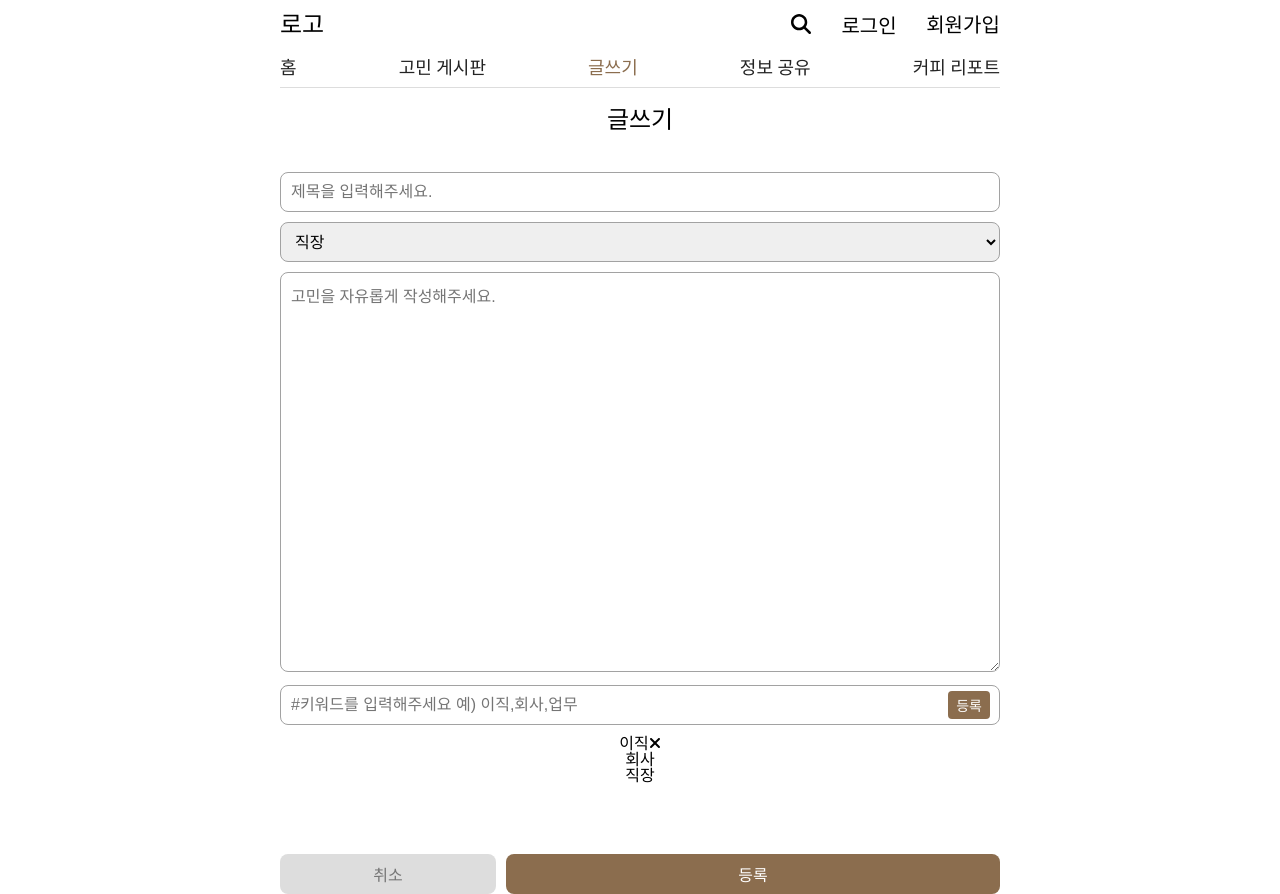
Repository: zlazlazla35/coffee
Page: /writing
The author's editor kept a copy of each file at every save. The page is drawn from the files as they stood at one save, then again after the next save.
The browser window is 1280 px wide. The pictures show the whole page.
The page's requests for data from a server got no answer. Some web fonts or font styles are not loaded; a fallback is used. The project was rebuilt for these pictures with package versions that can differ from the ones it lists, and the page was loaded fresh each time. The framework's server and built-in components were replaced by stand-ins that run in the browser. No one was signed in, and anything a server would have sent is missing. Also part of the build but not shown: next.config.mjs, src/app/LogOutButton.js.

Above is the page before, as saved 2025-01-08 17:22:19.

### src/app/layout.js
import { Geist, Geist_Mono } from "next/font/google";
import "./globals.css";
import Link from "next/link";
import { FontAwesomeIcon } from '@fortawesome/react-fontawesome'
import { faMagnifyingGlass, faUser } from '@fortawesome/free-solid-svg-icons'
import NavMenu from "./component/NavMenu";
import LoginButton from "./LoginButton";
import { getServerSession } from "next-auth";
import { authOptions } from "../../pages/api/auth/[...nextauth]";
import LogOutButton from "./LogOutButton";

const geistSans = Geist({
  variable: "--font-geist-sans",
  subsets: ["latin"],
});

const geistMono = Geist_Mono({
  variable: "--font-geist-mono",
  subsets: ["latin"],
});

export const metadata = {
  title: "Create Next App",
  description: "Generated by create next app",
};




export default async function RootLayout({ children }) {


const loginData = await getServerSession(authOptions);




  return (
    <html lang="en">
      <body className={`${geistSans.variable} ${geistMono.variable}`}>
        <div className="nav_bar">
          <div className="nav_bar_top">
            <Link className="logo" href={'/'}>로고</Link>
            <div className="userBox">
              <button>
                <FontAwesomeIcon icon={faMagnifyingGlass} />
              </button>
                {
                  loginData == null ? <LoginButton/> : <LogOutButton/>
                }
                {
                  loginData == null ? <Link href={'/join'}>회원가입</Link> : null
                }
            </div>
          </div>
          <div className="nav_bar_bottom">
            <NavMenu></NavMenu>
          </div>
        </div>
        {children}
      </body>
    </html>
  );
}

### src/app/writing/page.js
'use client'

import { useState } from "react"
import { FontAwesomeIcon } from '@fortawesome/react-fontawesome'
import { faXmark } from '@fortawesome/free-solid-svg-icons'


export default function Writing() {
    const option = [
        { value: 0, label: '직장' },
        { value: 1, label: '연애' },
        { value: 2, label: '취업/진로' },
        { value: 3, label: '가족' },
        { value: 4, label: '결혼/육아' },
        { value: 5, label: '친구' },
        { value: 6, label: '학업/고시' },
        { value: 7, label: '중독' },
        { value: 8, label: '사업/금전' },
        { value: 9, label: '질병/질환' }
    ]


    let [title, setTitle] = useState('');
    let [content, setContent] = useState('');
    let [time, setTime] = useState('');
    let [category, setCategory] = useState('');
    let [keyword, setKeyword] = useState('');
    let [keyword2, setKeyword2] = useState('');


    //현재 날짜
    const today = new Date();
    const formattedDate = `${today.getFullYear()}-${today.getMonth() + 1}-${today.getDate()}`;

    //현재시간 가져오기
    const currentTimer = () => {
        const hours = String(today.getHours()).padStart(2, "0");
        const minutes = String(today.getMinutes()).padStart(2, "0");
        setTime(`${hours}:${minutes}  `)
    }
    const startTimer = () => {
        setInterval(currentTimer, 1000)
    }
    startTimer()


    //카테고리 셀렉값 가져오기
    const handleSelect = (e) => {
        setCategory(e.target.value);
    };


    //키워드 반점 포함되어있는지 검사 후 배열로 변환
    const keyWordHandler = (keyword) => {
        const keyWord_regex = /,/;
        if (keyWord_regex.test(keyword)) {
            const str = keyword;
            const noSpaces = str.replace(/\s/g, '');
            const arr = noSpaces.split(",");
            setKeyword2(arr)
        } else {
            alert('예시에 맞게 작성해주세요.')
        }
    }





    return (
        <div className="writing">
            <h2 className="title">글쓰기</h2>
            <input type="text" name="name" placeholder="제목을 입력해주세요." onChange={(e) => {
                setTitle(e.target.value);
            }} />
            <select onChange={handleSelect} value={category}>
                {
                    option.map((data, i) => {
                        return (
                            <option key={i} value={data.label}>{data.label}</option>
                        )
                    })
                }
            </select>
            <textarea placeholder="고민을 자유롭게 작성해주세요." onChange={(e) => {
                setContent(e.target.value);
            }} />
            <div className="keyWord_box">
                <input type="text" placeholder="#키워드를 입력해주세요 예) 이직,회사,업무" onChange={(e) => { setKeyword(e.target.value) }} />
                <button className="keyWord_btn" type="submit" onClick={() => {
                    keyWordHandler(keyword);
                }}>등록</button>
            </div>
            <ul className="keyWord_tag">
                <li>
                    이직
                    <FontAwesomeIcon icon={faXmark} />
                </li>
                <li>회사</li>
                <li>직장</li>
            </ul>
            <div className="bottom_butBox">
                <button className="back">취소</button>
                <button className="complete" type="submit" onClick={() => {
                    fetch('/api/auth/writing', {
                        method: 'POST',
                        body: JSON.stringify({
                            title: title,
                            content: content,
                            date: formattedDate,
                            time: time,
                            keyword: keyword2,
                            category: category
                        })
                    }).then((res) => {
                        return res.jon()
                    }).then((result) => {
                        alert(result)
                    })
                }}>등록</button>
            </div>
        </div>
    )
}

### src/app/globals.css
@font-face {
    font-family: 'Ownglyph_StudyHard-Rg';
    src: url('https://fastly.jsdelivr.net/gh/projectnoonnu/2411-3@1.0/Ownglyph_StudyHard-Rg.woff2') format('woff2');
    font-weight: normal;
    font-style: normal;
}
@import url(https://cdn.jsdelivr.net/gh/moonspam/NanumSquare@1.0/nanumsquare.css);
/* /styles/reset.css */
body {font-family: 'Ownglyph_StudyHard-Rg' !important;}
html, body, div, span, applet, object, iframe,
h1, h2, h3, h4, h5, h6, p, blockquote, pre,
a, abbr, acronym, address, big, cite, code,
del, dfn, em, img, ins, kbd, q, s, samp,
small, strike, strong, sub, sup, tt, var,
b, u, i, center,
dl, dt, dd, ol, ul, li,
fieldset, form, label, legend,
table, caption, tbody, tfoot, thead, tr, th, td,
article, aside, canvas, details, embed,
figure, figcaption, footer, header, hgroup,
menu, nav, output, ruby, section, summary,
time, mark, audio, video {
	margin: 0;
	padding: 0;
	border: 0;
	font-size: 100%;
	font: inherit;
	vertical-align: baseline;
}
/* HTML5 display-role reset for older browsers */
article, aside, details, figcaption, figure,
footer, header, hgroup, menu, nav, section {
	display: block;
}
body {
	line-height: 1;
}
ol, ul {
	list-style: none;
}
blockquote, q {
	quotes: none;
}
blockquote:before, blockquote:after,
q:before, q:after {
	content: '';
	content: none;
}
table {
	border-collapse: collapse;
	border-spacing: 0;
}
input:focus {outline: none;}
a {text-decoration: none; color: inherit;}

input {font-family: 'NanumSquare', sans-serif !important;}
textarea {font-family: 'NanumSquare', sans-serif !important;}
select {font-family: 'NanumSquare', sans-serif !important; outline: none !important;}

.nav_bar {width: 100%; max-width: 720px; margin: 0 auto;}
.nav_bar .nav_bar_top {width: 100%; display: flex; align-items: center; justify-content: space-between; box-sizing: border-box; padding: 10px 0; }
.nav_bar .nav_bar_top .logo {font-size: 24px; }
.nav_bar .nav_bar_top .userBox {display: flex; align-items: center; width: 50%; justify-content: flex-end;}
.nav_bar .nav_bar_top .userBox a {width: 100%;  max-width: 74px; font-size: 20px; text-align: center;}
.nav_bar .nav_bar_top .userBox .userLogin{font-size: 18px; margin-right: 10px;}
.nav_bar .nav_bar_top .userBox button {width: 100%; max-width: 22px; display: block; background: none; border: none; padding: 0;}
.nav_bar .nav_bar_top .userBox button {margin-right: 20px;}
.nav_bar .nav_bar_top .userBox button svg {font-size: 20px;}
.nav_bar .nav_bar_top .userBox button:last-child {margin-right: 0;}
.nav_bar .nav_bar_top .userBox button.loginBtn {width: 100%;  max-width: 74px; font-size: 20px; font-family: 'Ownglyph_StudyHard-Rg' !important;}
.nav_bar .nav_bar_bottom {width: 100%; }
.nav_bar .nav_bar_bottom .nav_list {display: flex; align-items: center; justify-content: space-between; box-sizing: border-box; padding: 10px 0; border-bottom: 1px solid #ddd;}
.nav_bar .nav_bar_bottom .nav_list li { font-size: 18px; color: #232323; }
.nav_bar .nav_bar_bottom .nav_list li a.active {color: #8b6d4e; }


.liset_page {width: 100%; max-width: 720px; margin: 0 auto;}
.liset_page .top_border {width: 100%; max-width: 650px; border: 2px solid #8b6d4e; border-radius: 12px; display: flex; align-items: center; justify-content: center; font-size: 16px; box-sizing: border-box; padding: 4px; margin: 20px auto 30px;}
.liset_page .tag {width: 100%;}
.liset_page .tag .tag_list {width: 100%; display: flex; align-items: center; white-space: nowrap; overflow-x: scroll;}
.liset_page .tag .tag_list::-webkit-scrollbar {height: 8px;}
.liset_page .tag .tag_list::-webkit-scrollbar-thumb {background: #a89f96; border-radius: 10px; }
.liset_page .tag .tag_list::-webkit-scrollbar-track {background: rgba(123, 87, 8, 0.1); }
.liset_page .tag .tag_list li {background: #ddd; font-size: 16px; box-sizing: border-box; padding: 4px 8px; border-radius: 12px; margin-right: 10px; cursor: pointer;}
.liset_page .tag .tag_list li:last-child {margin-right: 0;}
.liset_page .tag .tag_list li.on {background: #8b6d4e; color: #fff;}
.liset_page .filterBox {width: 100%; display: flex; align-items: center; justify-content: space-between;}
.liset_page .filterBox .filterSelectBox {display: flex; position: relative; border: 1px solid #8f8f8f; border-radius: 10px; width: 100%; max-width: 69px; height: 28px; align-items: center; justify-content: center; margin: 20px 0; cursor: pointer;}
.liset_page .filterBox .filterSelectBox .title {font-size: 16px; color: #8f8f8f;}
.liset_page .filterBox .filterSelectBox .title svg {font-size: 14px; margin-left: 4px;}
.liset_page .filterBox .filterSelectBox .filterSelect {position: absolute; left: 50%; top: 34px; width: 100%; transform: translateX(-50%); border-radius: 8px; overflow: hidden; background: #fff; z-index: 999;}
.liset_page .filterBox .filterSelectBox .filterSelect {width: 100%; box-shadow: 2px 2px 12px rgba(0, 0, 0, 0.2);}
.liset_page .filterBox .filterSelectBox .filterSelect li {width: 100%; text-align: center; box-sizing: border-box; padding: 6px 0; border-bottom: 1px solid #ddd; font-size: 16px; color: #8f8f8f;}
.liset_page .filterBox .tag_reset{display: inline-block; box-sizing: border-box; padding: 4px; border: 1px solid #8f8f8f; background: none; color: #8f8f8f; font-size: 14px; border-radius: 10px;}


.liset_page .list_card {width: 100%; box-sizing: border-box; padding: 10px; border: 1px solid #232323; border-radius: 12px; margin-bottom: 40px; cursor: pointer;}
.liset_page .list_card .list_card_top {width: 100%; display: flex; align-items: center; justify-content: space-between; margin-bottom: 20px;}
.liset_page .list_card .list_card_top .title {display: inline-block; box-sizing: border-box; padding: 6px 16px; font-size: 14px; background: #8b6d4e; color: #fff; border-radius: 4px;}
.liset_page .list_card .list_card_top .bookIcon {display: inline-block;}
.liset_page .list_card .list_card_top .bookIcon svg {font-size: 20px;}
.liset_page .list_card .userText {width: 100%;}
.liset_page .list_card .userText .userTitle {font-size: 20px; font-weight: 600; margin-bottom: 4px;}
.liset_page .list_card .userText .userId {font-size: 14px; color: #a2a2a2;}
.liset_page .list_card .userText .text {margin-top: 40px; font-size: 18px; white-space:pre-wrap ; text-overflow: ellipsis;    display: -webkit-box; -webkit-line-clamp: 3; -webkit-box-orient: vertical; overflow: hidden;}
.liset_page .list_card .list_card_bottom {width: 100%; display: flex; align-items: center; justify-content: space-between; margin-top: 40px;}
.liset_page .list_card .list_card_bottom .tag {display: flex; align-items: center;}
.liset_page .list_card .list_card_bottom .tag li {font-size: 16px; margin-right: 10px; color: #8b6d4e;}
.liset_page .list_card .list_card_bottom .comment {display: flex; align-items: center; justify-content: flex-end; font-size: 16px; color: #a2a2a2;}
.liset_page .list_card .list_card_bottom .comment  svg {font-size: 20px; margin-right: 4px; color: #8b6d4e;}



.writing {width: 100%; max-width: 720px; margin: 0 auto; text-align: center;}
.writing .title {font-size: 24px; margin: 20px 0 40px;}
.writing {width: 100%;}
.writing input {width: 100%; height: 40px; box-sizing: border-box; padding: 10px; font-size: 16px;  border-radius: 8px; border: 1px solid #a2a2a2;}
.writing .bottom_butBox {width: 100%; display: flex; align-items: center; justify-content: space-between; margin-top: 70px;}
.writing button.complete {width: calc(70% - 10px); height: 40px; background: #8b6d4e; color: #fff; font-size: 16px; border: none; border-radius: 8px; }
.writing button.back {width: 30%;  height: 40px; background: #ddd; color: #757575; font-size: 16px; border: none; border-radius: 8px; margin-right: 10px;}
.writing select {width: 100%; height: 40px; box-sizing: border-box; padding: 10px; font-size: 16px; margin: 10px 0; border-radius: 8px; border: 1px solid #a2a2a2;}
.writing textarea {width: 100%; height: 400px; box-sizing: border-box; padding: 10px; font-size: 16px; margin-bottom: 10px; border-radius: 8px; border: 1px solid #a2a2a2;}
.writing .keyWord_box {position: relative; margin-bottom: 10px;}
.writing .keyWord_box .keyWord_btn{position: absolute; right: 10px; top: 50%; transform: translateY(-50%); margin: 0; padding: 4px 8px; background: #8b6d4e; color: #fff; font-size: 14px; border: none; border-radius: 4px;}

### src/app/component/NavMenu.js
'use client'

import Link from "next/link";
import { usePathname } from "next/navigation";

export default function NavMenu() {
    const pathname = usePathname();

    return (
        <ul className="nav_list">
            <li>
                <Link href={'/'}>홈</Link>
            </li>
            <li>
                <Link className={pathname == '/list'? 'active' : null} href={'/list'}>고민 게시판</Link>
            </li>
            <li>
                <Link className={pathname == '/writing'? 'active' : null} href={'/writing'}>글쓰기</Link>
            </li>
            <li>
                <Link className={pathname == '/share'? 'active' : null} href={'/share'}>정보 공유</Link>
            </li>
            <li>
                <Link className={pathname == '/report'? 'active' : null} href={'/report'}>커피 리포트</Link>
            </li>
        </ul>
    )
}

### src/app/LoginButton.js
"use client";
import { signIn } from "next-auth/react";
import { FontAwesomeIcon } from '@fortawesome/react-fontawesome'
import { faUser } from '@fortawesome/free-solid-svg-icons'


export default function LoginButton() {
    return (
        <button className="loginBtn" onClick={() => { signIn(); }}>
            로그인
        </button>
    )
}

### pages/api/auth/[...nextauth].js

import { connectDB } from "../../../utill/database";
import { MongoDBAdapter } from "@next-auth/mongodb-adapter";
import NextAuth, { getServerSession } from "next-auth";
import GithubProvider from "next-auth/providers/github";
import CredentialsProvider from "next-auth/providers/credentials";
import bcrypt from "bcrypt";






export const authOptions = {


  providers: [
    GithubProvider({
      clientId: 'Ov23liQhKFsCYfEF01pm',
      clientSecret: '1b2a947c09b799f2f4cdc959298391cf7b81e72f',
    }),

    CredentialsProvider({
      //1. 로그인페이지 폼 자동생성해주는 코드
      name: "credentials",
      credentials: {
        email: { label: "email", type: "text" },
        password: { label: "password", type: "password" },
      },

      //2. 로그인요청시 실행되는코드
      //직접 DB에서 아이디,비번 비교하고
      //아이디,비번 맞으면 return 결과, 틀리면 return null 해야함
      async authorize(credentials) {
        let db = (await connectDB).db('coffee');
        let user = await db.collection('user_cred').findOne({ email: credentials.email })
        if (!user) {
          console.log('가입되어있는 이메일이 없습니다.');
          return null
        }
        const pwcheck = await bcrypt.compare(credentials.password, user.password);
        if (!pwcheck) {
          console.log('비밀번호를 확인해주세요.');
          return null
        }
        return user
      }
    })
  ],

  //3. jwt 써놔야 잘됩니다 + jwt 만료일설정
  session: {
    strategy: 'jwt',
    maxAge: 30 * 24 * 60 * 60 //30일
  },


  callbacks: {
    //4. jwt 만들 때 실행되는 코드
    //user변수는 DB의 유저정보담겨있고 token.user에 뭐 저장하면 jwt에 들어갑니다.
    jwt: async ({ token, user }) => {
      if (user) {
        token.user = {};
        token.user.name = user.name
        token.user.email = user.email
      }
      return token;
    },
    //5. 유저 세션이 조회될 때 마다 실행되는 코드
    session: async ({ session, token }) => {
      session.user = token.user;
      return session;
    }

  },







  adapter: MongoDBAdapter(connectDB),
  secret: process.env.NEXTAUTH_SECRET ,
};
export default NextAuth(authOptions);

### utill/database.js
import { MongoClient } from 'mongodb'
const url = 'mongodb+srv://admin:aabbcc2376@cluster0.m6lqa.mongodb.net/?retryWrites=true&w=majority&appName=Cluster0'
let connectDB

if (process.env.NODE_ENV === 'development') {
    if (!global._mongo) {
        global._mongo = new MongoClient(url).connect()
    }
    connectDB = global._mongo
} else {
    connectDB = new MongoClient(url).connect()
}

export { connectDB }

After the next save:
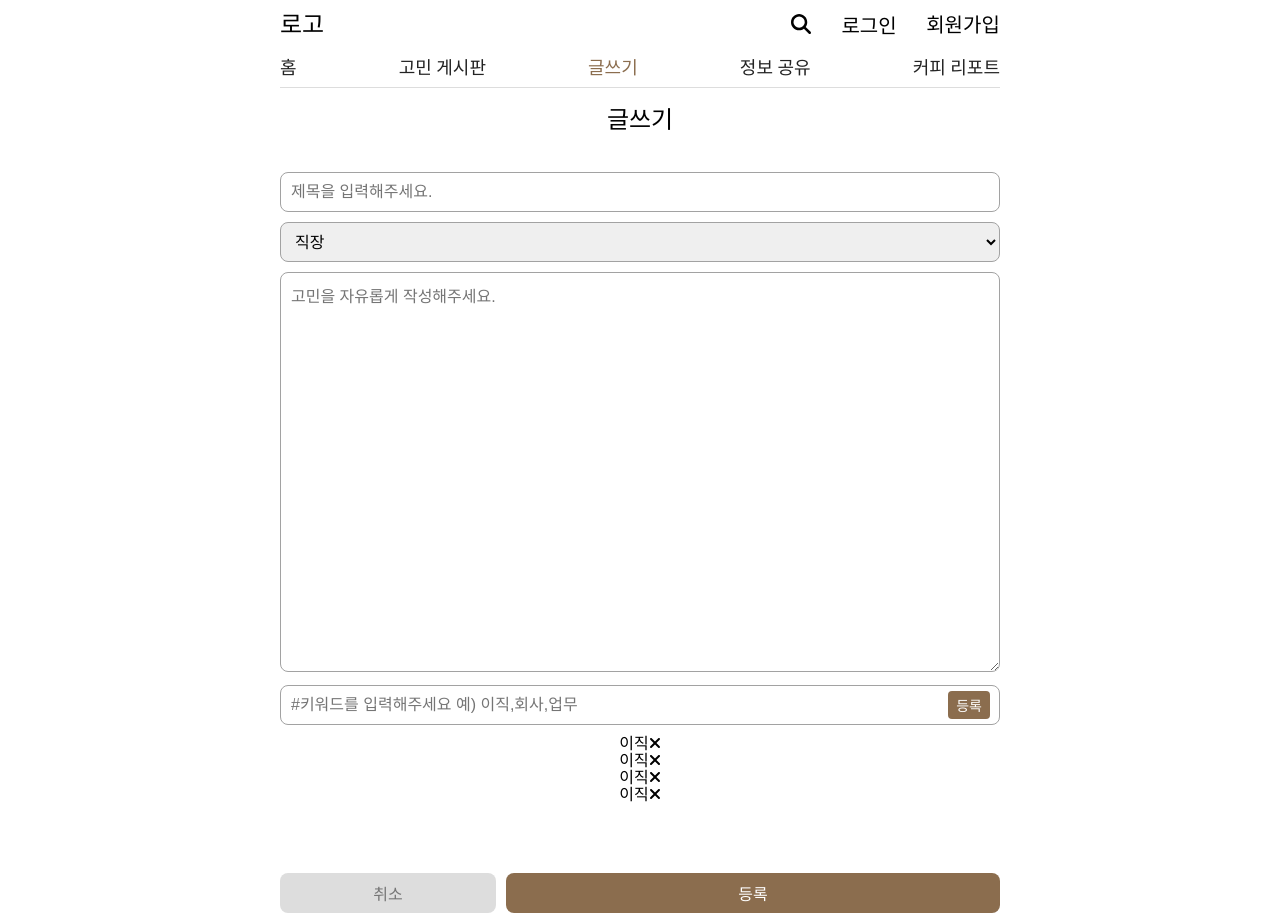
Saved 19 s later.
--- a/src/app/writing/page.js
+++ b/src/app/writing/page.js
@@ -92,12 +92,10 @@ export default function Writing() {
                 }}>등록</button>
             </div>
             <ul className="keyWord_tag">
-                <li>
-                    이직
-                    <FontAwesomeIcon icon={faXmark} />
-                </li>
-                <li>회사</li>
-                <li>직장</li>
+                <li>이직<FontAwesomeIcon icon={faXmark} /></li>
+                <li>이직<FontAwesomeIcon icon={faXmark} /></li>
+                <li>이직<FontAwesomeIcon icon={faXmark} /></li>
+                <li>이직<FontAwesomeIcon icon={faXmark} /></li>
             </ul>
             <div className="bottom_butBox">
                 <button className="back">취소</button>
